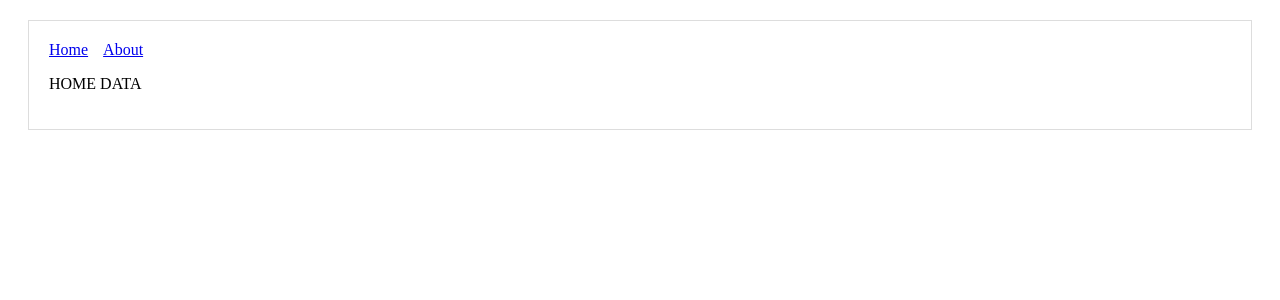
Repository: sivaraj-v/nextJs
Page: /
These files come from the project's save history. The page is drawn as it stood at one moment and after a run of saves; the edit follows.
The browser window is 1280 px wide. The pictures show the whole page.
The project was rebuilt for these pictures with package versions that can differ from the ones it lists, and the page was loaded fresh each time. The framework's server and built-in components were replaced by stand-ins that run in the browser.

Above is the page before, as saved 2017-10-11 14:04:53.

### pages/index.js
// This is the Link API
import Header from "../comps/Header";
import Layout from "../comps/MyLayout.js";
import Link from "next/link";
import Head from "next/head";

const content = <p>HOME DATA</p>;
const Index = () => (
  <div>
    {/* <Link href="/about">
      <a style={{ fontSize: 14 }}>About Page</a>
    </Link> */}
    <Head>
      <title>My page title</title>
      <meta name="viewport" content="initial-scale=1.0, width=device-width" />
    </Head>
    {/* <Header /> */}
    {/* <Layout>
      <p>HOMESS</p>
      <p>HOMESS</p>
      <p>HOMESS</p>
      <p>HOMESS</p>
      <p>HOMESS</p>
    </Layout> */}
    <Layout content={content} />
  </div>
);

export default Index;

### comps/Header.js
import Link from "next/link";

const linkStyle = {
  marginRight: 15
};

const Header = () => (
  <div>
    <Link href="/">
      <a style={linkStyle}>Home</a>
    </Link>
    <Link href="/about">
      <a style={linkStyle}>About</a>
    </Link>
    {/* <Link href={{ pathname: "/about", query: { name: "Zeit" } }}>
      <a style={{ fontSize: 14 }}>About</a>
    </Link> */}
  </div>
);

export default Header;

### comps/MyLayout.js
import Header from "./Header";

const layoutStyle = {
  margin: 20,
  padding: 20,
  border: "1px solid #DDD"
};

const Layout = props => (
  <div style={layoutStyle}>
    <Header />
    {/* {console.log(props)} */}
    {props.content}
    {props.children}
  </div>
);

export default Layout;

After the next 4 saves:
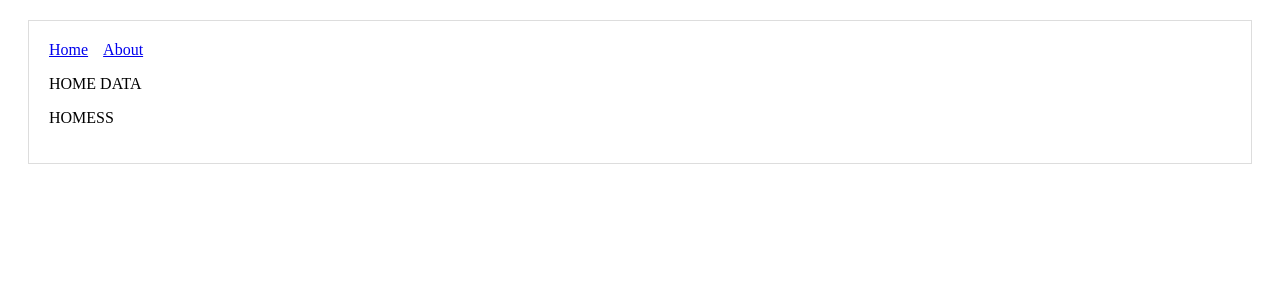
The 4 saves are shown as one change because they came seconds apart.
The last was saved 2 min 25 s later.
--- a/pages/index.js
+++ b/pages/index.js
@@ -22,7 +22,9 @@ const Index = () => (
       <p>HOMESS</p>
       <p>HOMESS</p>
     </Layout> */}
-    <Layout content={content} />
+    <Layout content={content}>
+      <p>HOMESS</p>
+    </Layout>
   </div>
 );
 
